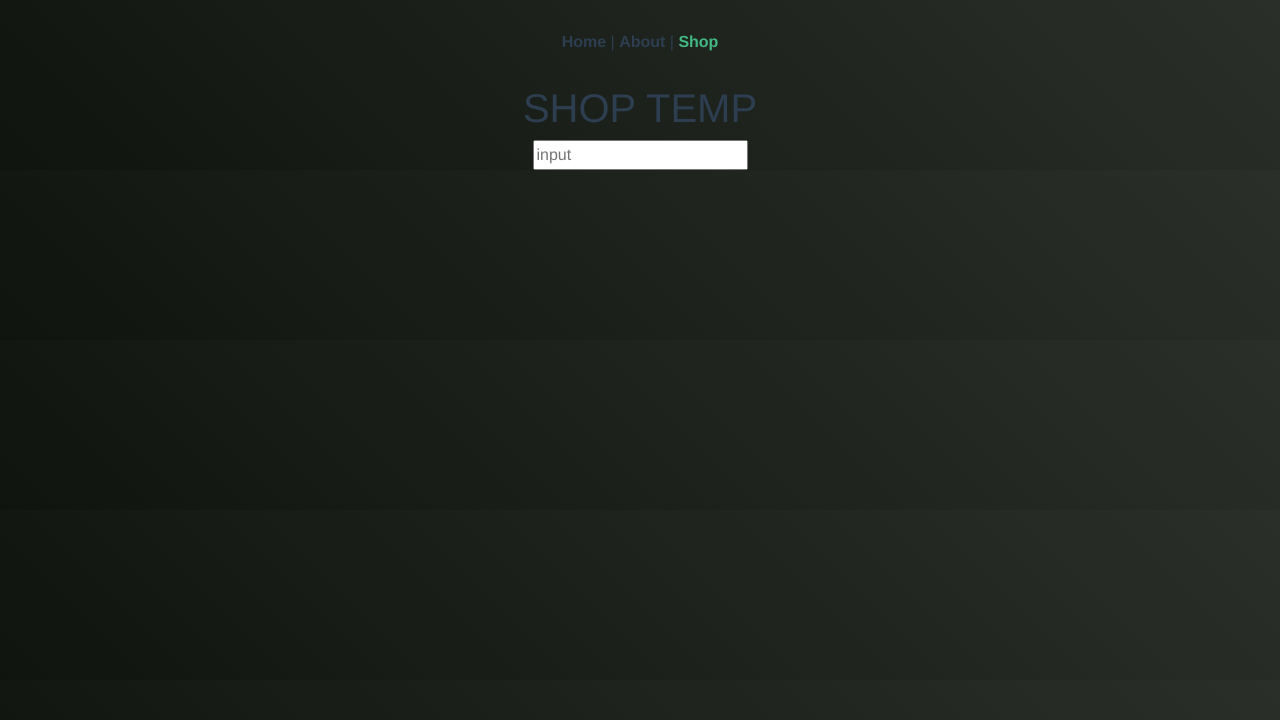
Repository: ramcd86/vuetest
Page: /#/shop
These files come from the project's save history. The page is drawn as it stood at one moment and after the next save; the edit follows.
The browser window is 1280 px wide. The pictures show the whole page.
The project was rebuilt for these pictures with package versions that can differ from the ones it lists, and the page was loaded fresh each time. Requests to the local data server were answered from the project's data file. Also part of the build but not shown: src/components/HelloWorld.vue, src/views/Home.vue.

Above is the page before, as saved 2019-07-08 11:11:13.

### public/index.html
<!DOCTYPE html>
<html lang="en">
  <head>
    <meta charset="utf-8">
    <meta http-equiv="X-UA-Compatible" content="IE=edge">
    <meta name="viewport" content="width=device-width,initial-scale=1.0">
    <link rel="icon" href="<%= BASE_URL %>favicon.ico">
    <link href="https://stackpath.bootstrapcdn.com/bootstrap/4.3.1/css/bootstrap.min.css" rel="stylesheet" integrity="sha384-ggOyR0iXCbMQv3Xipma34MD+dH/1fQ784/j6cY/iJTQUOhcWr7x9JvoRxT2MZw1T" crossorigin="anonymous">
    <link href="https://stackpath.bootstrapcdn.com/font-awesome/4.7.0/css/font-awesome.min.css" rel="stylesheet" integrity="sha384-wvfXpqpZZVQGK6TAh5PVlGOfQNHSoD2xbE+QkPxCAFlNEevoEH3Sl0sibVcOQVnN" crossorigin="anonymous">
    <title>storeapp</title>
    <style>
    body {
      color: #FFF;
      background: rgb(15,20,15);
      background: -moz-linear-gradient(45deg, rgba(15,20,15,1) 0%, rgba(42,47,41,1) 100%);
      background: -webkit-linear-gradient(45deg, rgba(15,20,15,1) 0%, rgba(42,47,41,1) 100%);
      background: linear-gradient(45deg, rgba(15,20,15,1) 0%, rgba(42,47,41,1) 100%);
      filter: progid:DXImageTransform.Microsoft.gradient(startColorstr="#0f140f",endColorstr="#2a2f29",GradientType=1);
    }
    </style>
  </head>
  <body>
    <noscript>
      <strong>We're sorry but storeapp doesn't work properly without JavaScript enabled. Please enable it to continue.</strong>
    </noscript>
    <div id="app"></div>
    <!-- built files will be auto injected -->
  </body>
</html>

### src/App.vue
<template>
  <div id="app">
    <div id="nav">
      <router-link to="/">Home</router-link> |
      <router-link to="/about">About</router-link> |
      <router-link :to="{ name: 'shop', params: { queryData } }">Shop</router-link>
    </div>
    <router-view />
  </div>
</template>


<script>
import { get, post } from "@/helpers/Utilities.js";

export default {


  data() {
    return {
      get: get,
      post: post,

      queryData: ''
    };
  },

  created() {
    this.get("http://localhost:3000/employees").then(resp => {
      this.queryData = JSON.parse(resp);
    });
  },

  methods: {},

  mounted() {
    console.log(this.queryData);
  }
};
</script>


<style lang="scss">
#app {
  font-family: "Avenir", Helvetica, Arial, sans-serif;
  -webkit-font-smoothing: antialiased;
  -moz-osx-font-smoothing: grayscale;
  text-align: center;
  color: #2c3e50;
}
#nav {
  padding: 30px;
  a {
    font-weight: bold;
    color: #2c3e50;
    &.router-link-exact-active {
      color: #42b983;
    }
  }
}
</style>

### src/router.js
import Vue from 'vue'
import Router from 'vue-router'
import Home from './views/Home.vue'
import Shop from './views/Shop.vue'

Vue.use(Router)

export default new Router({
  routes: [
    {
      path: '/',
      name: 'home',
      component: Home
    },
    {
      path: '/shop',
      name: 'shop',
      component: Shop,
      props: true
    },
    {
      path: '/about',
      name: 'about',
      // route level code-splitting
      // this generates a separate chunk (about.[hash].js) for this route
      // which is lazy-loaded when the route is visited.
      component: () => import(/* webpackChunkName: "about" */ './views/About.vue')
    }
  ]
})

### src/helpers/Utilities.js
export const logger = (arg) => {
    console.log(arg);
}


export const post = (value) => {
    return new Promise((resolve, reject) => {
        const request = new XMLHttpRequest();
        request.timeout = 2000;
        request.open('POST', value.url, true);
        request.setRequestHeader('Content-Type', 'application/x-www-form-urlencoded; charset=UTF-8');
        request.send(value.data);
        request.onreadystatechange = (e) => {
            if (request.readyState === 4) {
                if (request.status === 200) {
                    resolve(request.response);
                } else {
                    reject(request.status);
                }
            }
        };
        request.timeout = () => {
            reject("The operation timed out.");
        };
    });

}

export const get = (url) => {
    return new Promise((resolve, reject) => {
        const request = new XMLHttpRequest();
        request.timeout = 2000;
        request.onreadystatechange = function (e) {
            if (request.readyState === 4) {
                if (request.status === 200) {
                    resolve(request.response);
                } else {
                    reject(request.status);
                }
            }
        };
        request.ontimeout = function () {
            reject("The operation timed out.");
        };
        request.open('get', url, true);
        request.send();
    });
}

### src/views/Shop.vue

// Template
<template>
    <div>
    <h1>SHOP TEMP</h1>
            <div v-for="item in dataSet" v-bind:key="item.id">
                {{item.id}} | {{item.first_name}} {{item.last_name}} | {{item.email}}
            </div>
            <input type="text" placeholder="input" v-model="inputData">
            {{inputData}}
    </div>
</template>

// Script
<script>
export default {
    name: 'shop',

    props: ['queryData'],

    data() {
        return {
            dataSet: [],
            inputData: ''
            }
    },

    created() {
        this.dataSet = this.queryData;
    },

    mounted() {
        console.log(this.dataSet);
    },

    watch: {
        inputData(val) {
            console.log(val)
        }
    }
}
</script>

// Style
<style lang="scss" scoped>


</style>

### src/mock/db.json
{
  "employees": [
    {
      "id": 1,
      "first_name": "Sebastian",
      "last_name": "Eschweiler",
      "email": "sebastian@codingthesmartway.com"
    },
    {
      "id": 2,
      "first_name": "Steve",
      "last_name": "Palmer",
      "email": "steve@codingthesmartway.com"
    },
    {
      "id": 3,
      "first_name": "Ann",
      "last_name": "Smith",
      "email": "ann@codingthesmartway.com"
    }
  ]
}

Loaded but not shown: src/main.js (common file)

After the next save:
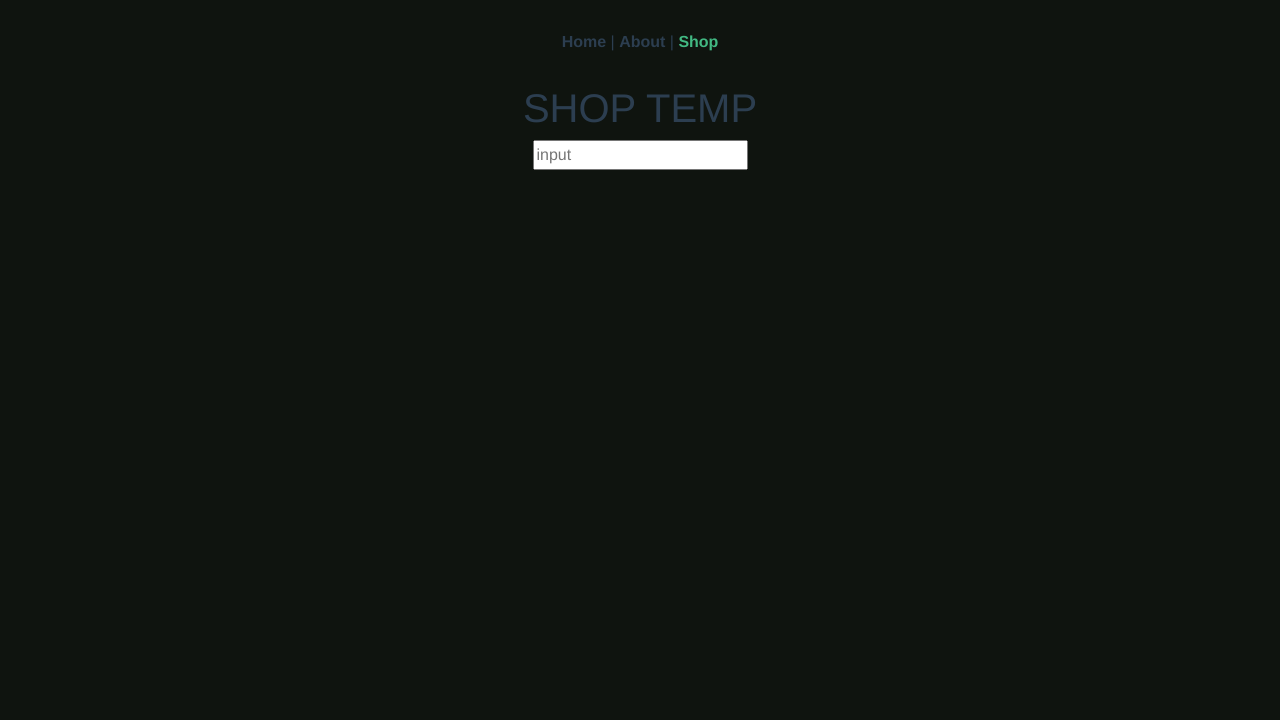
Saved 38 s later.
--- a/public/index.html
+++ b/public/index.html
@@ -12,10 +12,10 @@
     body {
       color: #FFF;
       background: rgb(15,20,15);
-      background: -moz-linear-gradient(45deg, rgba(15,20,15,1) 0%, rgba(42,47,41,1) 100%);
+      /* background: -moz-linear-gradient(45deg, rgba(15,20,15,1) 0%, rgba(42,47,41,1) 100%);
       background: -webkit-linear-gradient(45deg, rgba(15,20,15,1) 0%, rgba(42,47,41,1) 100%);
       background: linear-gradient(45deg, rgba(15,20,15,1) 0%, rgba(42,47,41,1) 100%);
-      filter: progid:DXImageTransform.Microsoft.gradient(startColorstr="#0f140f",endColorstr="#2a2f29",GradientType=1);
+      filter: progid:DXImageTransform.Microsoft.gradient(startColorstr="#0f140f",endColorstr="#2a2f29",GradientType=1); */
     }
     </style>
   </head>

After the save that followed:
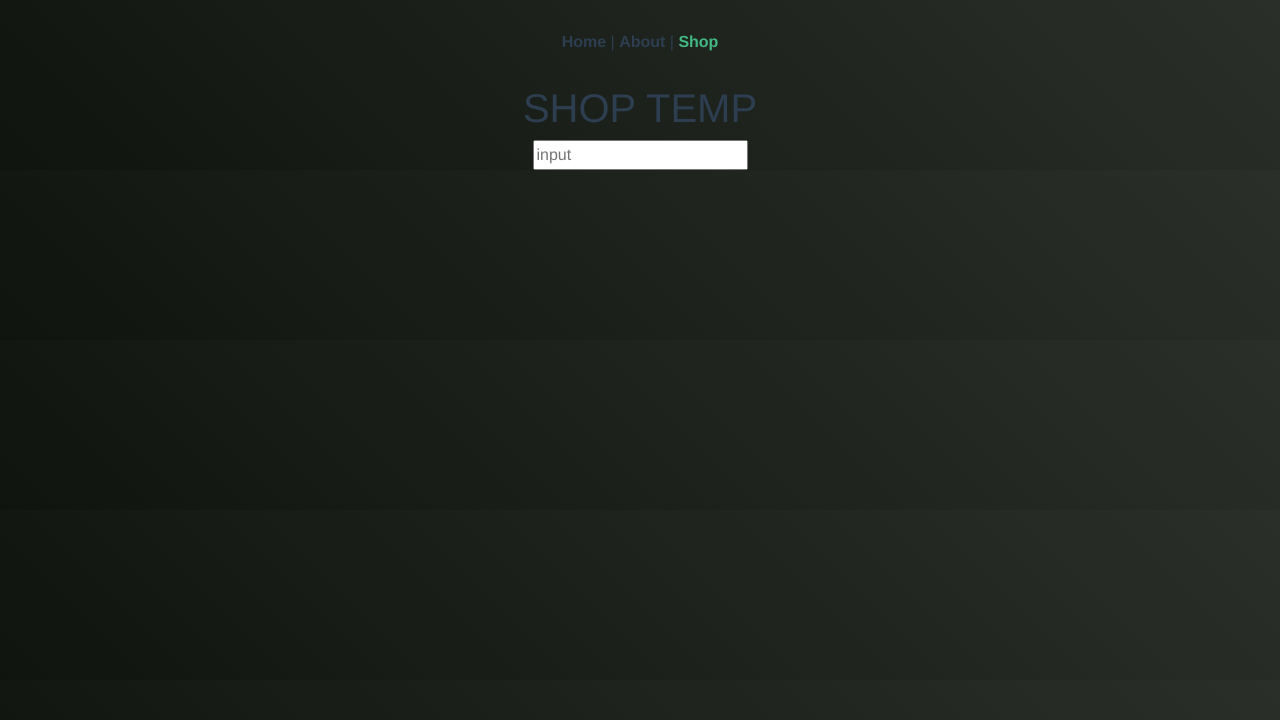
Saved 35 s later.
--- a/public/index.html
+++ b/public/index.html
@@ -12,10 +12,10 @@
     body {
       color: #FFF;
       background: rgb(15,20,15);
-      /* background: -moz-linear-gradient(45deg, rgba(15,20,15,1) 0%, rgba(42,47,41,1) 100%);
+      background: -moz-linear-gradient(45deg, rgba(15,20,15,1) 0%, rgba(42,47,41,1) 100%);
       background: -webkit-linear-gradient(45deg, rgba(15,20,15,1) 0%, rgba(42,47,41,1) 100%);
       background: linear-gradient(45deg, rgba(15,20,15,1) 0%, rgba(42,47,41,1) 100%);
-      filter: progid:DXImageTransform.Microsoft.gradient(startColorstr="#0f140f",endColorstr="#2a2f29",GradientType=1); */
+      filter: progid:DXImageTransform.Microsoft.gradient(startColorstr="#0f140f",endColorstr="#2a2f29",GradientType=1);
     }
     </style>
   </head>
@@ -23,7 +23,7 @@
     <noscript>
       <strong>We're sorry but storeapp doesn't work properly without JavaScript enabled. Please enable it to continue.</strong>
     </noscript>
-    <div id="app"></div>
+    <div id="app" class="container"></div>
     <!-- built files will be auto injected -->
   </body>
 </html>
